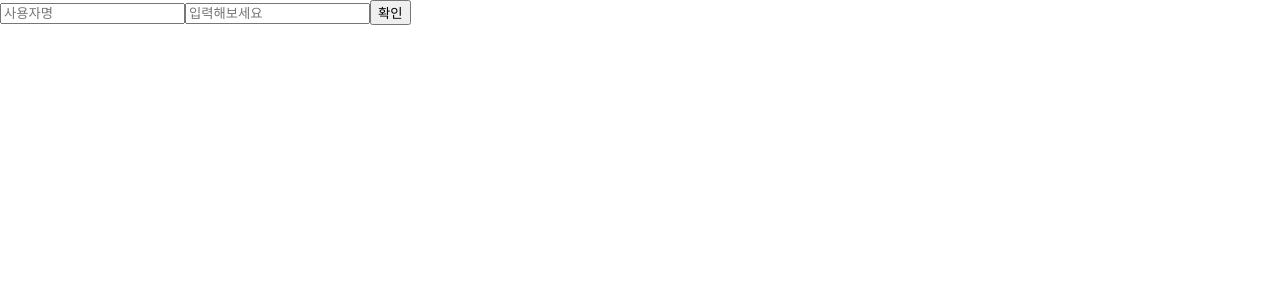
Repository: jongheonleee/hello_my_react
Page: /
The author's editor kept a copy of each file at every save. The page is drawn from the files as they stood at one save, then again after the next save.
The browser window is 1280 px wide. The pictures show the whole page.
The project was rebuilt for these pictures with package versions that can differ from the ones it lists, and the page was loaded fresh each time. Also part of the build but not shown: src/App.css, src/MyComponent.js, src/Say.js, src/eventPractice.js, src/eventPractice2.js, src/ValidationSample.css.

Above is the page before, as saved 2024-09-03 17:47:43.

After the next save:
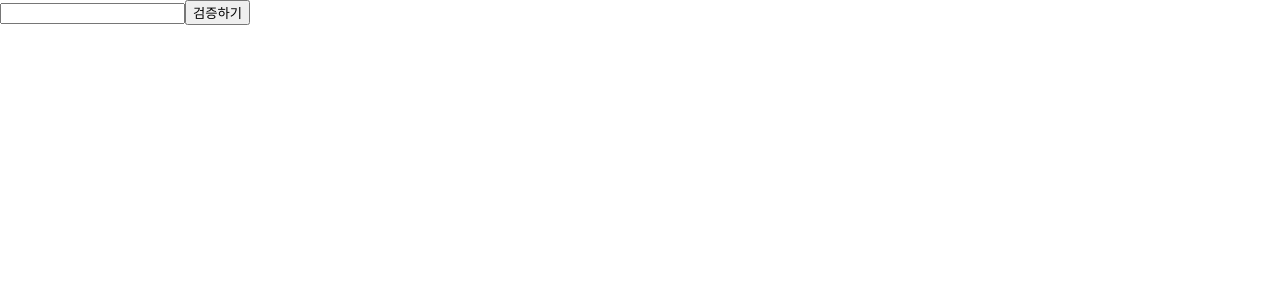
Saved 10 s later.
--- a/src/App.js
+++ b/src/App.js
@@ -5,10 +5,11 @@ import MyComponent from './MyComponent';
 import Say from './Say';  // Counter.js 파일로 Counter 컴포��트를 import합니다.
 import EventPractice from './eventPractice';
 import EventPractice2 from './eventPractice2';
-import EventPractice3 from './eventPractice3';
+
+import ValidationSample from './ValidationSample';
 
 function App() { // 컴포넌트 -> 1. 모습, 2. 기능, 컴포넌트를 기본 단위로 여러개 조합해서 사용 가능
-  return <EventPractice3 />;
+  return <ValidationSample />;
 };
 
 export default App;
